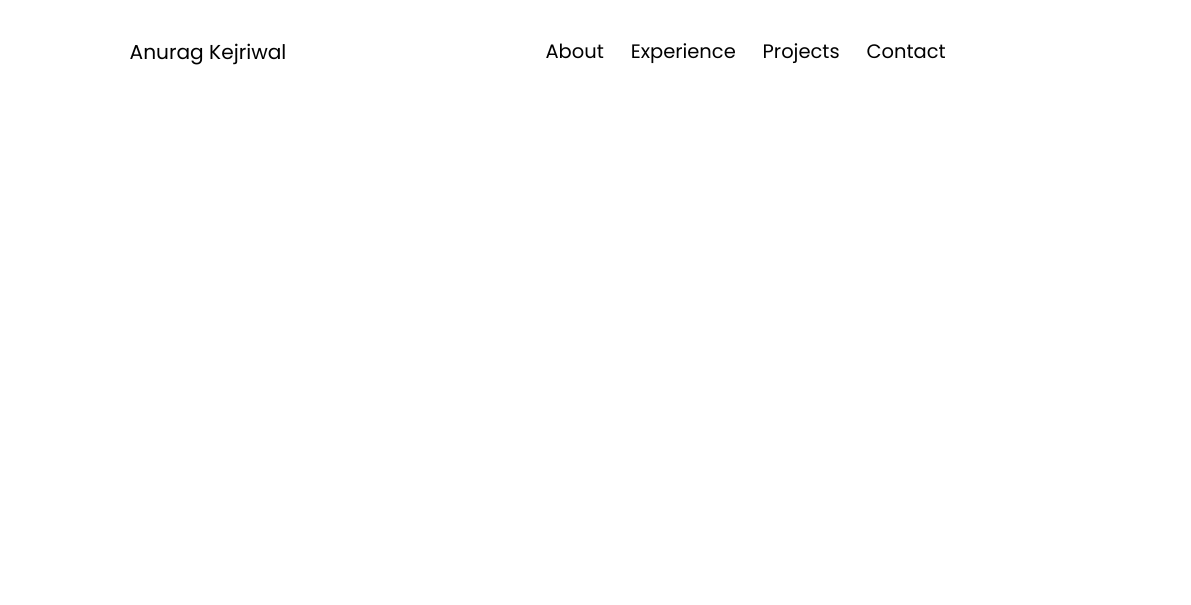
Repository: anuragkej/OldPortfolio
Page: index.html
These files come from the project's save history. The page is drawn as it stood at one moment and after the next save; the edit follows.
The browser window is 1280 px wide. The page is 1280 px wide, then 1418 px, so the pictures cover 1418 px, including what lies to the right of the window. The pictures show the whole page, at 84% of full size.

Above is the page before, as saved 2024-05-25 20:46:06.

After the next save:
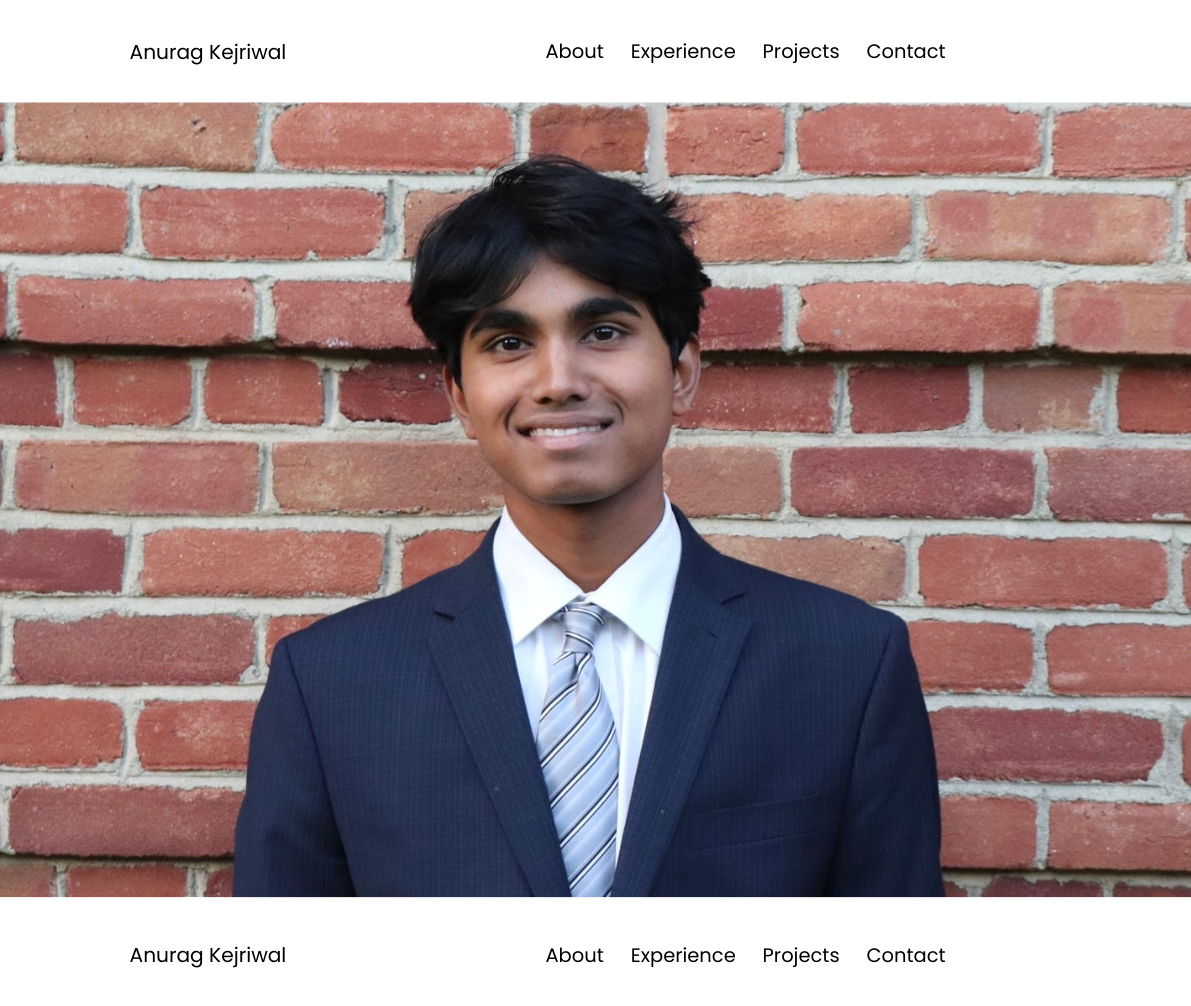
Saved 2 min 20 s later.
--- a/index.html
+++ b/index.html
@@ -1,3 +1,49 @@
+<!DOCTYPE html>
+<html lang="en">
+<head>
+    <meta charset="UTF-8">
+    <meta name="viewport" content="width=device-width, initial-scale=1.0">
+    <title>Personal Portfolio</title>
+    <link rel="stylesheet" href="style.css">
+    <link rel="stylesheet" href="mediaqueries.css">
+</head>
+<body>
+    <nav id="desktop-nav">
+        <div class="logo">Anurag Kejriwal</div>
+        <div>
+            <ul class="nav-links">
+                <li><a href="#about">About</a></li>
+                <li><a href="#experience">Experience</a></li>
+                <li><a href="#projects">Projects</a></li>
+                <li><a href="#contact">Contact</a></li>
+            </ul>
+        </div>
+    </nav>
+    <nav id="hamburger-nav">
+        <div class="logo">Anurag Kejriwal</div>
+        <div class="hamburger-menu">
+            <div class="hamburger-icon" onclick="toggleMenu()">
+                <span></span>
+                <span></span>
+                <span></span>
+            </div>
+            <div class="menu-links">
+                <li><a href="#about" onclick="toggleMenu()" >About</a></li>
+                <li><a href="#experience" onclick="toggleMenu()">Experience</a></li>
+                <li><a href="#projects" onclick="toggleMenu()">Projects</a></li>
+                <li><a href="#contact" onclick="toggleMenu()">Contact</a></li>
+            </div>
+        </div>
+    </nav>
+    <section id="profile">
+        <div class="section_pic-container">
+            <img src="./assets/20231026_132825_F9CEAA.jpeg" alt="Anurag Kejriwal profile picture">
+        </div>
+    </section>
+    <script src="script.js"></script>
+
+</body>
+</html>
 <!DOCTYPE html>
 <html lang="en">
 <head>
